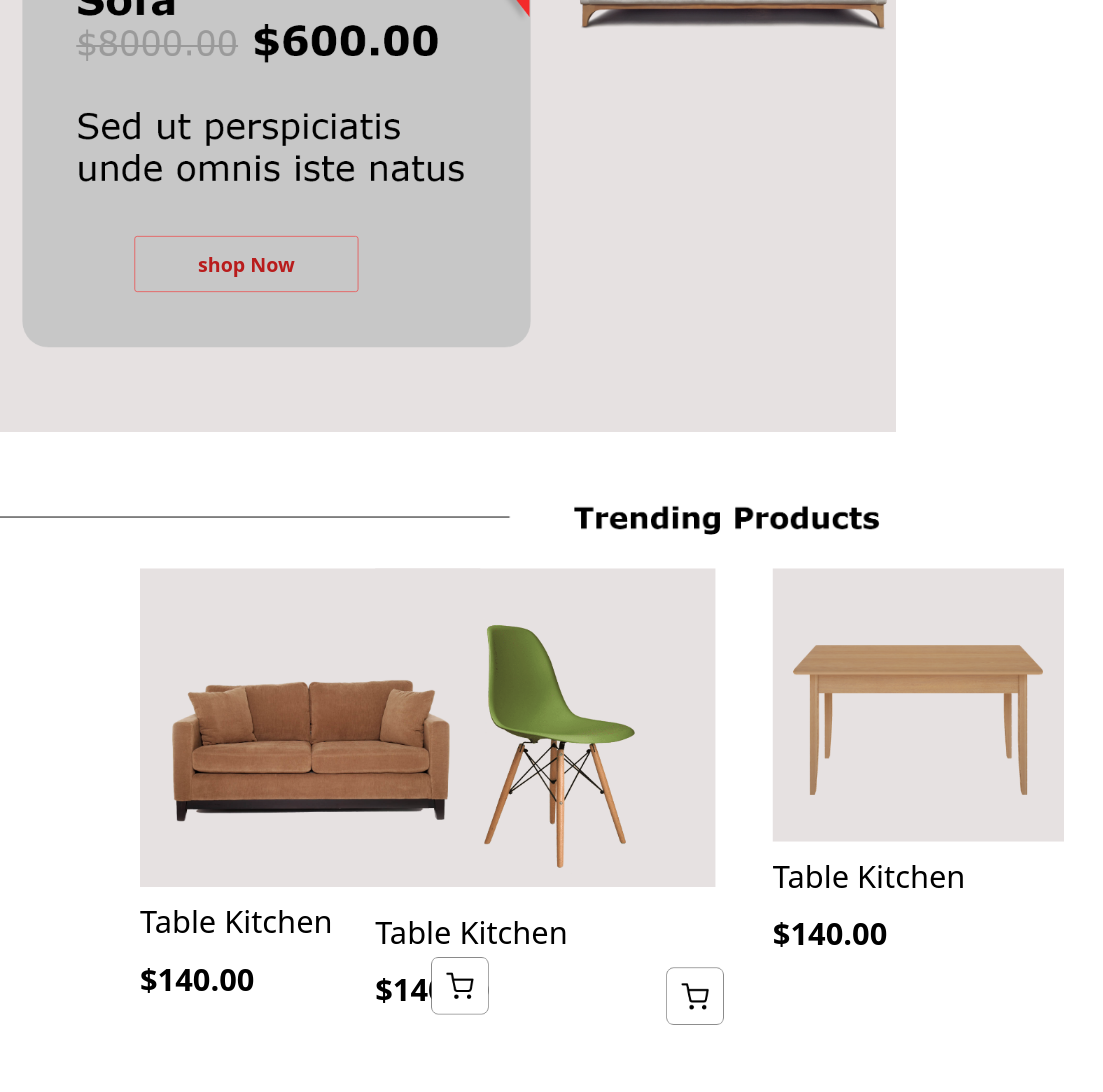
Repository: MEROO1010/creative_home
Page: /
An editor plug-in stored every save of this project. The page is shown before and after a run of saves, followed by the edit.
The browser window is 1280 px wide. The page is 1520 px wide, then 1576 px, so the pictures cover 1576 px, including what lies to the right of the window. The pictures show the part of the page from y = 2213 to 3773 px (the page is 3773 px tall), at 70% of full size.
The project was rebuilt for these pictures with package versions that can differ from the ones it lists, and the page was loaded fresh each time. The framework's server and built-in components were replaced by stand-ins that run in the browser. Also part of the build but not shown: next.config.js.

Above is the page before, as saved 2022-12-14 09:56:30.

After the next 2 saves:
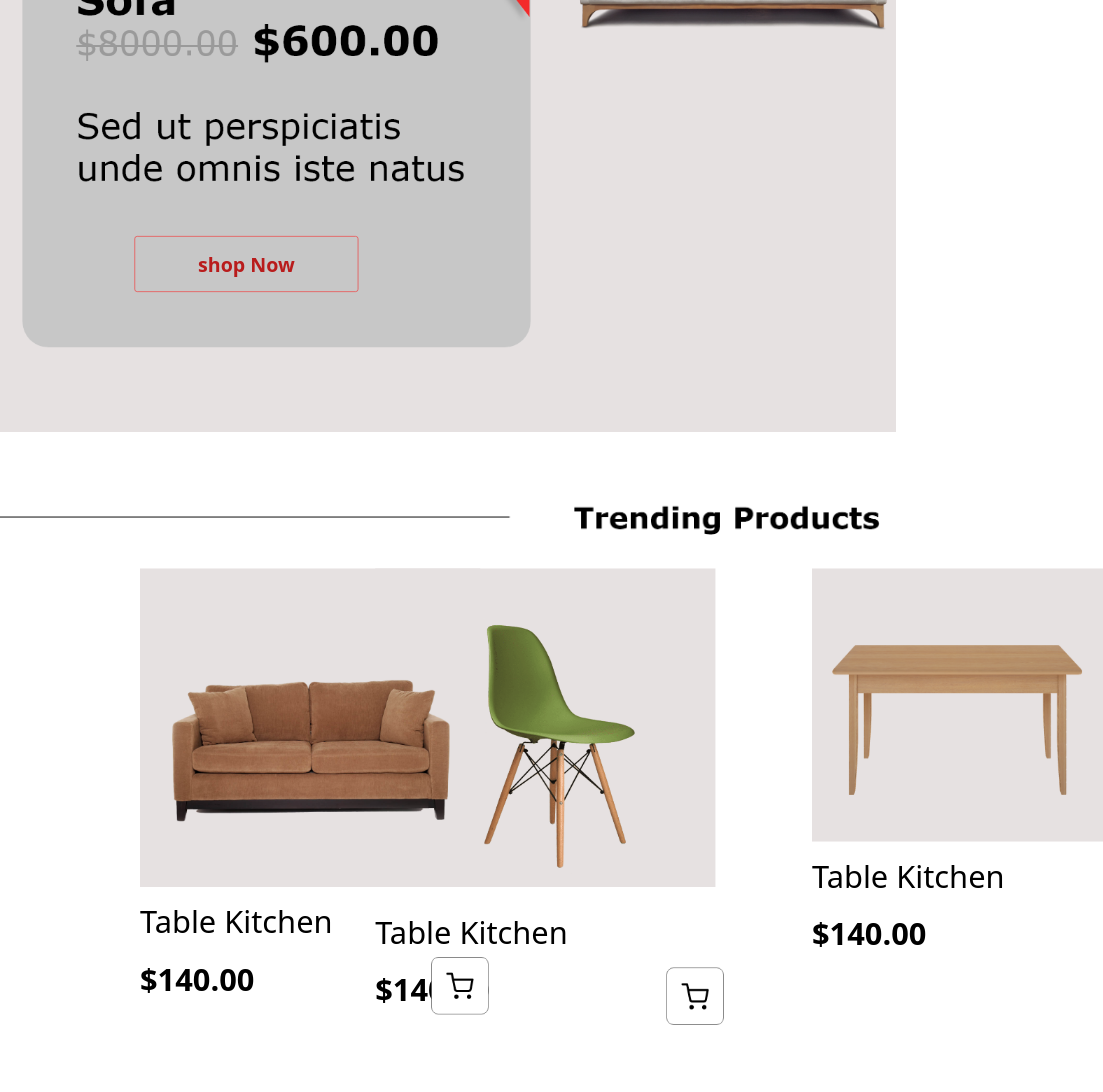
The 2 saves are shown as one change because they came seconds apart.
The last was saved 10 s later.
--- a/components/TrendingProducts.tsx
+++ b/components/TrendingProducts.tsx
@@ -18,7 +18,7 @@ const TrendingProducts = () => {
      <div >
       {/*table kitchen */}
      <div className=' absolute ml-80 mt-12 pl-80  left-80'>
-       <div className='ml-36 left-20'>
+       <div className='ml-36 pl-14'>
        <Image src={Tablekitchen} alt=''/>
        <h1 className='text-[44px]  mt-4  font-verdana'>Table Kitchen</h1>
        <h1 className='text-[44px]  mt-4  font-verdana font-bold'>$140.00</h1>
